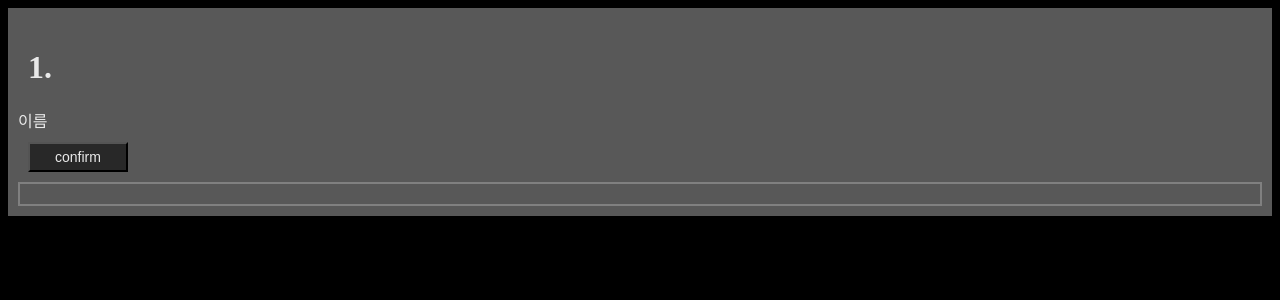
Repository: prawniel99/05_JQuery
Page: workspace/jqpro/WebContent/비동기4_XMLR_promise/postTest.html
These files come from the project's save history. The page is drawn as it stood at one moment and after the next save; the edit follows.
The browser window is 1280 px wide. The pictures show the whole page.

Above is the page before, as saved 2024-08-23 01:16:21.

After the next save:
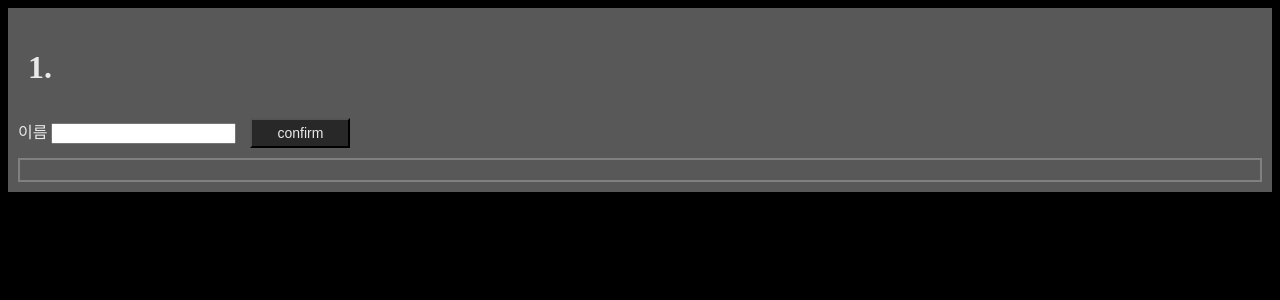
Saved 10 s later.
--- a/workspace/jqpro/WebContent/비동기4_XMLR_promise/postTest.html
+++ b/workspace/jqpro/WebContent/비동기4_XMLR_promise/postTest.html
@@ -13,7 +13,7 @@
         </h1>
 
         <form>
-        	이름
+        	이름 <input type="text"
         </form>
 
         <input type="button" value="confirm" onclick="proc1()">
